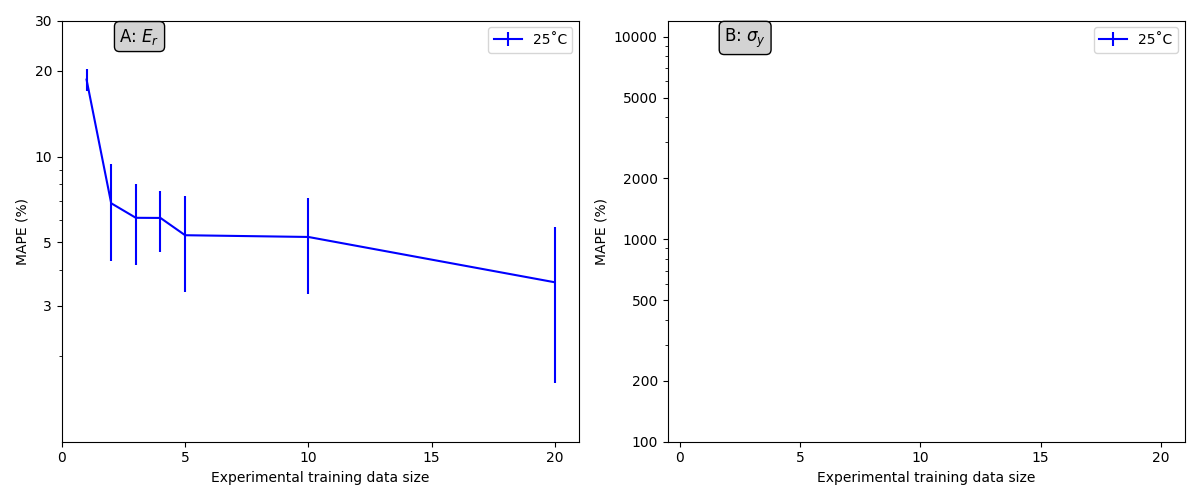
Repository: JoeSpencer1/temperature-dependant
Script's output: python src/figures.py
The author's editor kept a copy of each file at every save. The script's output is drawn from the files as they stood at one save, then again after a run of saves.
Random numbers start from a fixed seed.

Above is the script's output before, as saved 2023-10-29 11:30:47.

### src/figures.py
import numpy as np
import matplotlib.pyplot as plt

n = [1, 2, 3, 4, 5, 10, 20]
n1 = n
Ti25E = [18.619205, 6.8593493, 6.0983825, 6.091887, 5.298505, 5.2244196, 3.6239312]
εTi25E = [1.6743975, 2.5646875, 1.9379541, 1.4813129, 1.9537387, 1.9212662, 2.01604]
Ti25σ = [34.068943, 18.617916, 43.272, 23.271488, 21.895184, 19.204937, 34.49958]
εTi25σ = [24.325975, 18.127224, 33.714092, 22.803173, 17.10482, 17.321714, 36.6192]

fig, (ax1, ax2) = plt.subplots(1, 2, figsize=(12, 5))
ax1.errorbar(n, Ti25E, yerr = εTi25E, color = 'blue', label = "25˚C")
ax1.set_yscale('log')
ax1.set_ylim([1, 25])
ax1.set_xlim([0, 21])
ax1.set_xticks([0, 5, 10, 15, 20])
ax1.set_yticks([3, 5, 10, 20, 30])
ax1.set_yticklabels([3, 5, 10, 20, 30])
ax1.legend()
ax1.set_ylabel("MAPE (%)")
ax1.set_xlabel("Experimental training data size")
ax1.annotate("A: $E_{r}$", xy=(0.15, 0.95), xycoords="axes fraction",
              fontsize=12, ha="center",
              bbox=dict(boxstyle="round,pad=0.3", edgecolor="black", facecolor="lightgray"))

ax2.errorbar(n1, Ti25σ, yerr = εTi25σ, color = 'blue', label = "25˚C")
ax2.set_yscale('log')
ax2.set_ylim([100, 12000])
ax2.set_xlim([-0.5, 21])
ax2.set_xticks([0, 5, 10, 15, 20])
ax2.set_yticks([100, 200, 500, 1000, 2000, 5000, 10000])
ax2.set_yticklabels([100, 200, 500, 1000, 2000, 5000, 10000])
ax2.legend()
ax2.set_ylabel("MAPE (%)")
ax2.set_xlabel("Experimental training data size")
plt.subplots_adjust(bottom=0.180)
fig.tight_layout()
ax2.annotate("B: $\sigma_{y}$", xy=(0.15, 0.95), xycoords="axes fraction",
              fontsize=12, ha="center",
              bbox=dict(boxstyle="round,pad=0.3", edgecolor="black", facecolor="lightgray"))
plt.savefig("/Users/Joe/Desktop/figure1.jpeg", dpi=800, bbox_inches="tight")
plt.show()

After the next 4 saves:
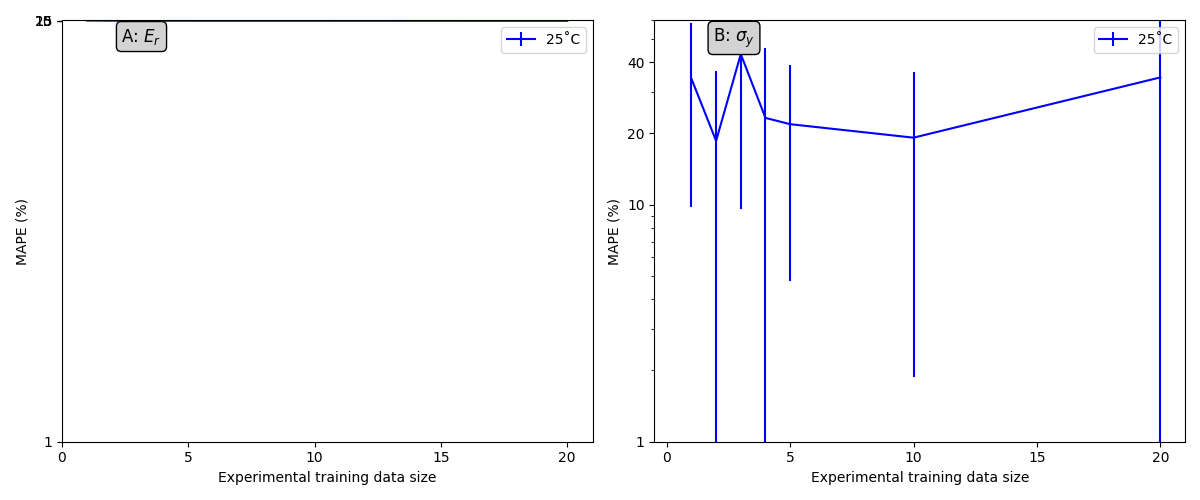
The 4 saves are shown as one change because 3 did not build or start.
The last was saved 3 min 7 s later.
--- a/src/figures.py
+++ b/src/figures.py
@@ -14,8 +14,8 @@ ax1.set_yscale('log')
 ax1.set_ylim([1, 25])
 ax1.set_xlim([0, 21])
 ax1.set_xticks([0, 5, 10, 15, 20])
-ax1.set_yticks([3, 5, 10, 20, 30])
-ax1.set_yticklabels([3, 5, 10, 20, 30])
+ax1.set_yticks([0, 5, 10, 15, 20])
+ax1.set_yticklabels([1, 5, 10, 15, 25])
 ax1.legend()
 ax1.set_ylabel("MAPE (%)")
 ax1.set_xlabel("Experimental training data size")
@@ -25,11 +25,11 @@ ax1.annotate("A: $E_{r}$", xy=(0.15, 0.95), xycoords="axes fraction",
 
 ax2.errorbar(n1, Ti25σ, yerr = εTi25σ, color = 'blue', label = "25˚C")
 ax2.set_yscale('log')
-ax2.set_ylim([100, 12000])
+ax2.set_ylim([1, 60])
 ax2.set_xlim([-0.5, 21])
 ax2.set_xticks([0, 5, 10, 15, 20])
-ax2.set_yticks([100, 200, 500, 1000, 2000, 5000, 10000])
-ax2.set_yticklabels([100, 200, 500, 1000, 2000, 5000, 10000])
+ax2.set_yticks([1, 10, 20, 40])
+ax2.set_yticklabels([1, 10, 20, 40])
 ax2.legend()
 ax2.set_ylabel("MAPE (%)")
 ax2.set_xlabel("Experimental training data size")
